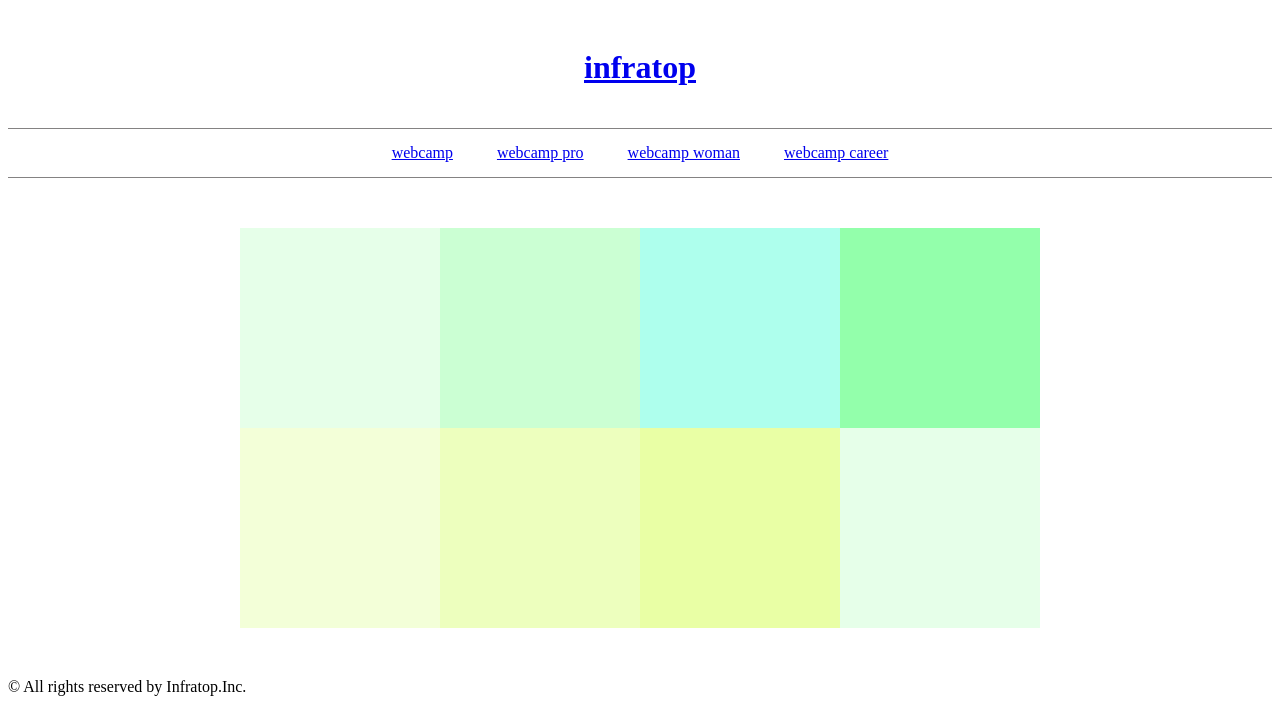
Repository: ego-boosting/html-practice1
Page: chapter5/index.html
The author's editor kept a record of every edit. The page is drawn from the files as they stood at one moment, then again after the next edit.
The browser window is 1280 px wide. The pictures show the whole page.

Above is the page before.

After the next edit:
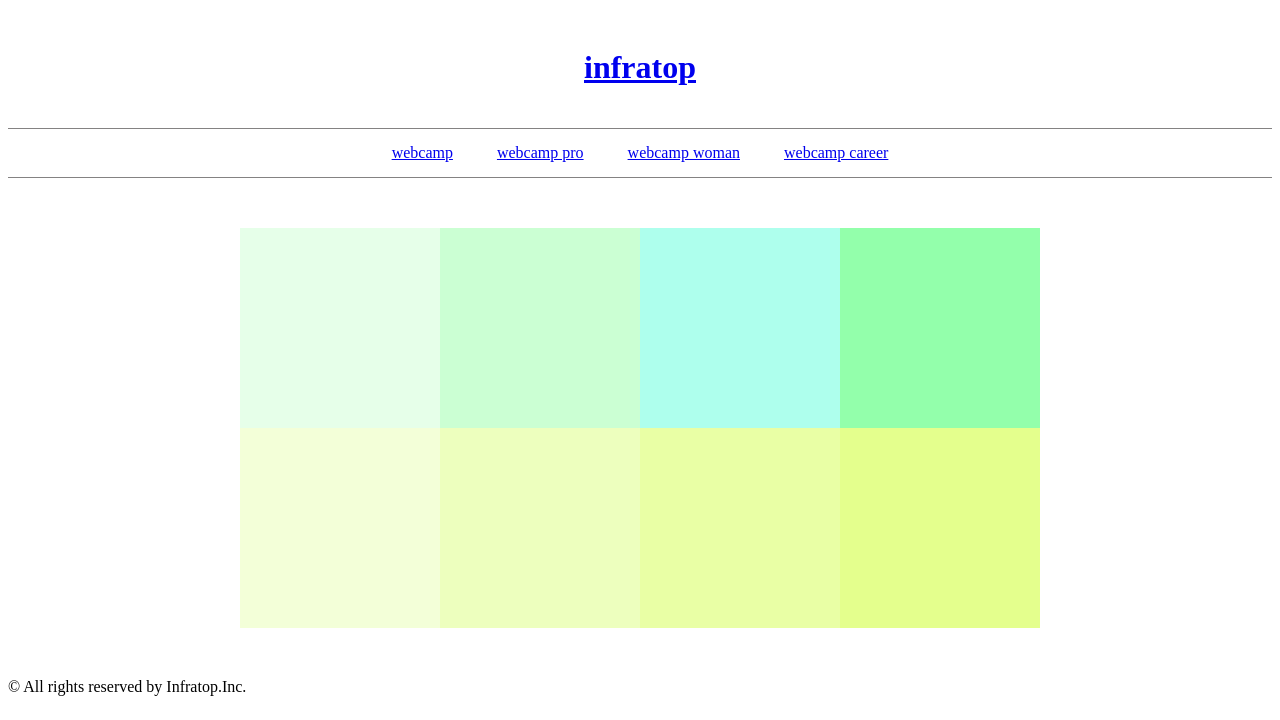
The edit:
--- a/chapter5/style.css
+++ b/chapter5/style.css
@@ -75,7 +75,7 @@
 .box8{
   width:200px;
   height:200px;
-  background-color:#e6ffe9;
+  background-color:#e4ff8d;
 }
 
 .box1{
